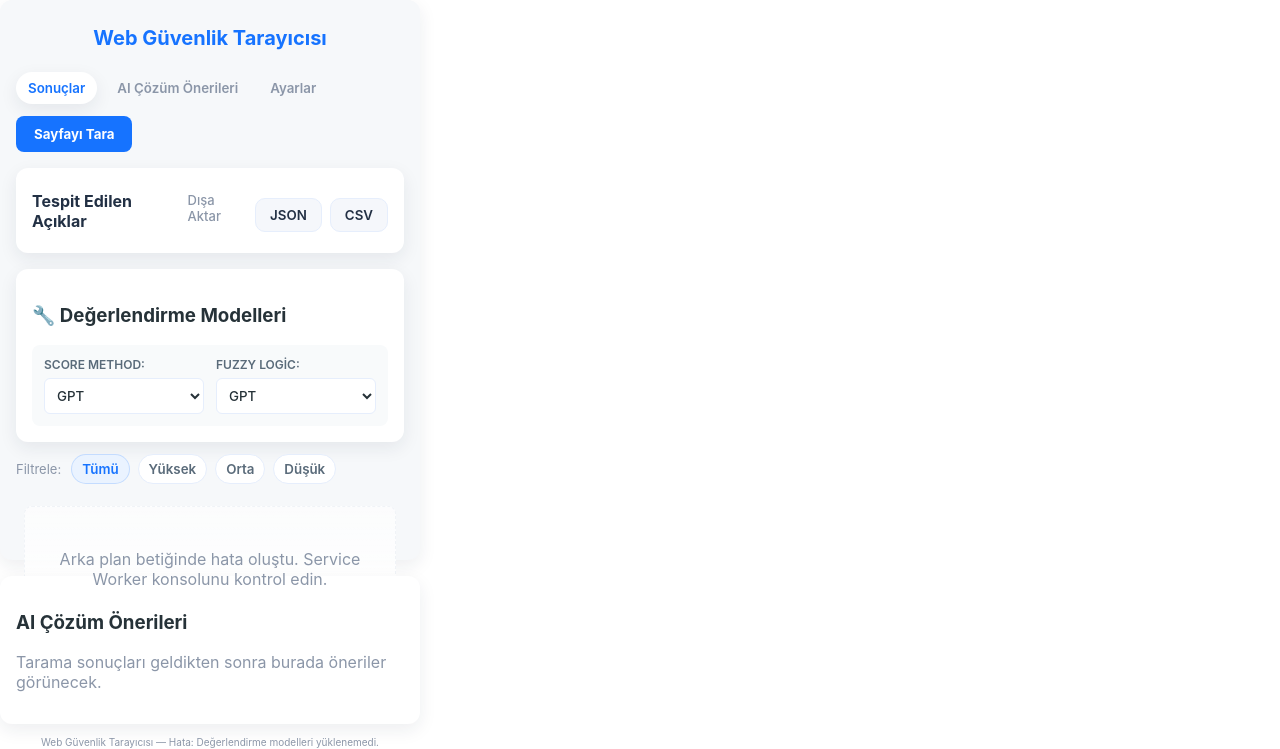
Repository: seliinduru/chrome-vuln-scanner
Page: popup.html
The author's editor kept a copy of each file at every save. The page is drawn from the files as they stood at one save, then again after the next save.
The browser window is 1280 px wide. The pictures show the whole page.

Above is the page before, as saved 2025-11-05 18:15:36.

After the next save:
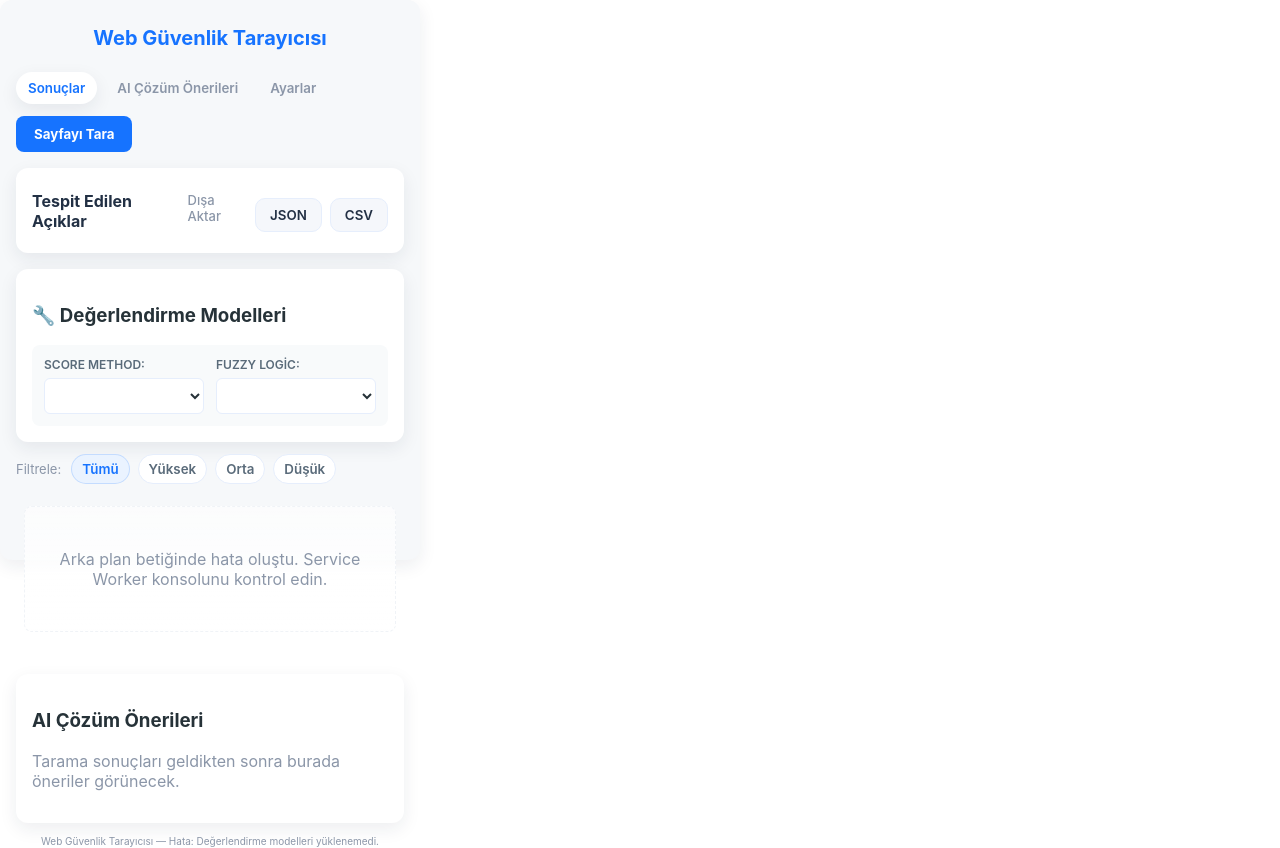
Saved 5 min 39 s later.
--- a/popup.html
+++ b/popup.html
@@ -2,8 +2,6 @@
 <html lang="tr">
 <head>
   <meta charset="utf-8" />
-  <meta http-equiv="X-UA-Compatible" content="IE=edge">
-  <meta name="viewport" content="width=device-width, initial-scale=1">
   <title>Web Güvenlik Tarayıcısı</title>
   <link rel="stylesheet" href="styles.css">
 </head>
@@ -19,64 +17,68 @@
       <button class="tab" data-tab="settings">Ayarlar</button>
     </nav>
 
-    <div class="controls">
-      <button id="scanBtn" class="primary">Sayfayı Tara</button>
-    </div>
+    <!-- =================================================================== -->
+    <!-- === SONUÇLAR SEKMESİ İÇERİĞİ === -->
+    <!-- =================================================================== -->
+    <section id="results" class="tab-content active">
 
-    <section id="results" class="tab-content active">
-  <div class="card">
-    <div class="card-title">
-      <h2>Tespit Edilen Açıklar</h2>
-      <p class="export-text">Dışa Aktar</p>
-      <div class="export-buttons">
-        <button id="exportJson" title="JSON">JSON</button>
-        <button id="exportCsv" title="CSV">CSV</button>
+      <!-- Tara Butonu, Sonuçlar sekmesine taşındı -->
+      <div class="controls">
+        <button id="scanBtn" class="primary">Sayfayı Tara</button>
       </div>
-    </div>
-  </div>
 
-  <!-- Model Seçimi -->
-  <div class="card">
-    <h3>🔧 Değerlendirme Modelleri</h3>
-    <div class="model-selector">
-      <div class="model-group">
-        <label>Score Method:</label>
-        <select id="scoreMethodSelect">
-          <option value="gpt">GPT</option>
-          <option value="gemini">Gemini</option>
-          <option value="deepseek">DeepSeek</option>
-        </select>
-      </div>
-      <div class="model-group">
-        <label>Fuzzy Logic:</label>
-        <select id="fuzzyLogicSelect">
-          <option value="gpt">GPT</option>
-          <option value="gemini">Gemini</option>
-        </select>
-      </div>
-    </div>
-  </div>
-</section>
-
-
-        <div class="filters">
-          <span>Filtrele:</span>
-          <div class="filter-buttons">
-            <button class="filter active" data-sev="all">Tümü</button>
-            <button class="filter" data-sev="high">Yüksek</button>
-            <button class="filter" data-sev="medium">Orta</button>
-            <button class="filter" data-sev="low">Düşük</button>
-          </div>
-        </div>
-
-        <div id="vulnList" class="vuln-list empty">
-          <div class="empty-state">
-            <p>Henüz tarama yapılmadı.</p>
+      <div class="card">
+        <div class="card-title">
+          <h2>Tespit Edilen Açıklar</h2>
+          <p class="export-text">Dışa Aktar</p>
+          <div class="export-buttons">
+            <button id="exportJson" title="JSON">JSON</button>
+            <button id="exportCsv" title="CSV">CSV</button>
           </div>
         </div>
       </div>
-    </section>
 
+      <!-- Model Seçimi -->
+      <div class="card">
+        <h3>🔧 Değerlendirme Modelleri</h3>
+        <div class="model-selector">
+          <div class="model-group">
+            <label>Score Method:</label>
+            <!-- Select menüleri JS ile dinamik dolacağı için boş bırakmak daha doğru -->
+            <select id="scoreMethodSelect"></select>
+          </div>
+          <div class="model-group">
+            <label>Fuzzy Logic:</label>
+            <select id="fuzzyLogicSelect"></select>
+          </div>
+        </div>
+      </div>
+
+      <!-- Filtreler, Sonuçlar sekmesine taşındı -->
+      <div class="filters">
+        <span>Filtrele:</span>
+        <div class="filter-buttons">
+          <button class="filter active" data-sev="all">Tümü</button>
+          <button class="filter" data-sev="high">Yüksek</button>
+          <button class="filter" data-sev="medium">Orta</button>
+          <button class="filter" data-sev="low">Düşük</button>
+        </div>
+      </div>
+
+      <!-- Zafiyet Listesi, Sonuçlar sekmesine taşındı -->
+      <div id="vulnList" class="vuln-list empty">
+        <div class="empty-state">
+          <p>Henüz tarama yapılmadı.</p>
+        </div>
+      </div>
+
+      <!-- DİKKAT: Orijinal kodunuzda burada fazladan bir </div> vardı, kaldırıldı. -->
+
+    </section> <!-- results section'ı burada bitiyor -->
+
+    <!-- =================================================================== -->
+    <!-- === AI ÇÖZÜM ÖNERİLERİ SEKMESİ İÇERİĞİ === -->
+    <!-- =================================================================== -->
     <section id="ai" class="tab-content">
       <div class="card">
         <h3>AI Çözüm Önerileri</h3>
